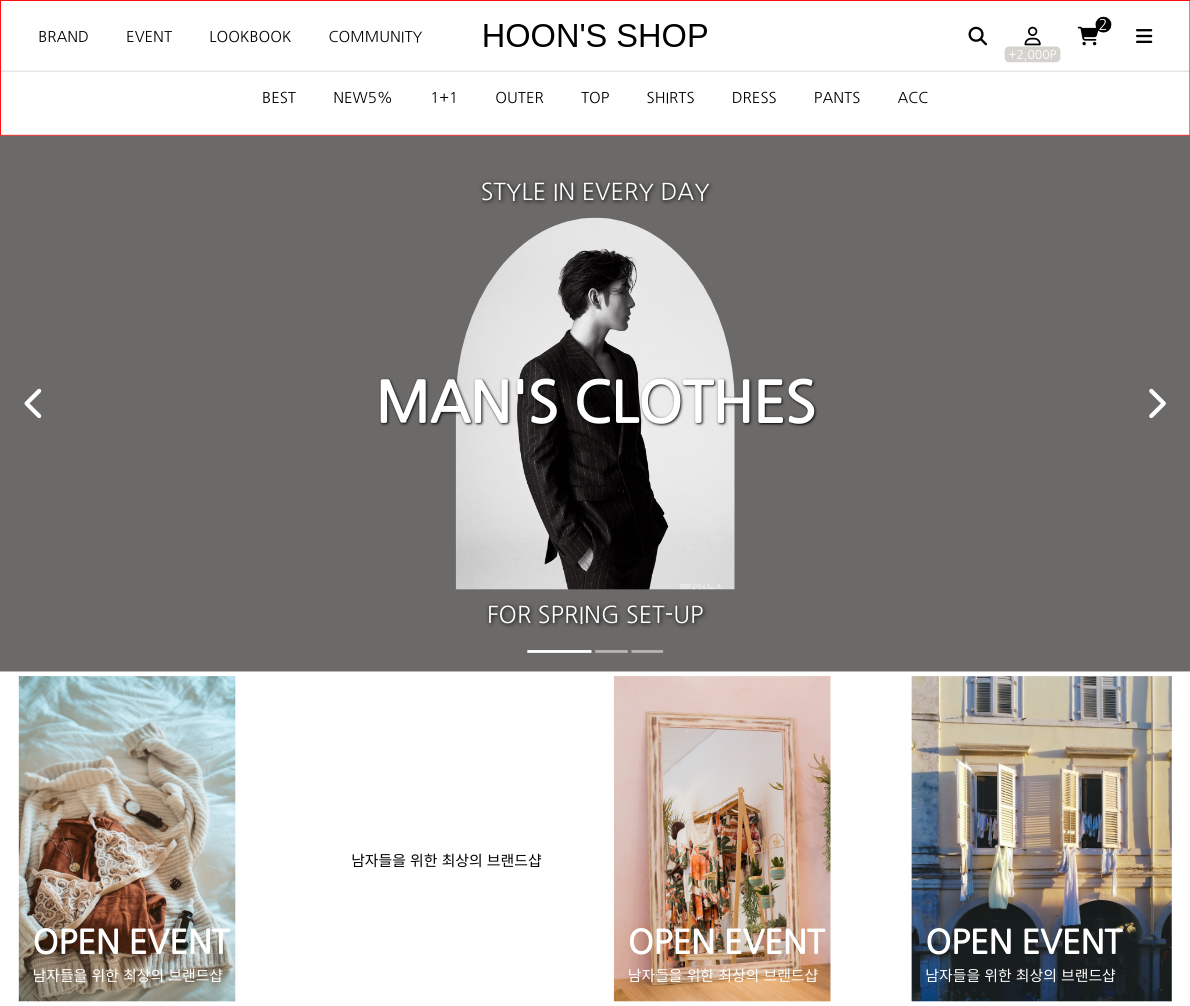
Repository: Iimchaehoon/cafeProject
Page: src/index.html
These files come from the project's save history. The page is drawn as it stood at one moment and after the next save; the edit follows.
The browser window is 1280 px wide. The pictures show the whole page, at 93% of full size.
Some web fonts or font styles are not loaded; a fallback is used. Some web libraries are served in a nearby version.

Above is the page before, as saved 2024-07-23 23:42:13.

### src/index.html
<!DOCTYPE html>
<html lang="en">
  <head>
    <meta charset="UTF-8" />
    <meta name="viewport" content="width=device-width, initial-scale=1.0" />
    <link rel="shortcut icon" href="/assets/cafefav.png" type="image/x-icon" />
    <link rel="stylesheet" href="/src/css/style.css" />
    <title>cafe24_clone</title>
    <script
      src="https://kit.fontawesome.com/1e606f2a97.js"
      crossorigin="anonymous"
    ></script>
  </head>
  <body>
    <!--header-->
    <header class="header">
      <div class="header__top">
        <nav class="header__nav-box">
          <ul class="header__list-box">
            <li class="header__content">BRAND</li>
            <li class="header__content">EVENT</li>
            <li class="header__content">LOOKBOOK</li>
            <li class="header__content">COMMUNITY</li>
          </ul>
        </nav>
        <h1 class="header__title">HOON'S SHOP</h1>
        <ul class="header__menu">
          <li class="header__content">
            <i class="fa-solid fa-magnifying-glass fa-lg"></i>
          </li>
          <li class="header__content header__content--badge-price">
            <div class="header__price-badge"><span>+2,000P</span></div>
            <i class="fa-regular fa-user fa-lg"></i>
          </li>
          <li class="header__content header__content--badge-box">
            <div class="header__cart-badge"><span>2</span></div>
            <i class="fa-solid fa-cart-shopping fa-lg"></i>
          </li>
          <li class="header__content">
            <i class="fa-solid fa-bars fa-lg"></i>
          </li>
        </ul>
      </div>

      <div class="header__bottom">
        <ul class="header__category">
          <li class="header__content">BEST</li>
          <li class="header__content">NEW5%</li>
          <li class="header__content">1+1</li>
          <li class="header__content">OUTER</li>
          <li class="header__content">TOP</li>
          <li class="header__content">SHIRTS</li>
          <li class="header__content">DRESS</li>
          <li class="header__content">PANTS</li>
          <li class="header__content">ACC</li>
        </ul>
      </div>
    </header>
    <!-- main  -->
    <main class="main">
      <section class="main__slider">
        <h2 class="main__slider-title">MAN'S CLOTHES</h2>
        <span class="main__slider-btn"
          ><i class="fa-solid fa-chevron-left fa-xl"></i
        ></span>

        <div class="main__slider-container">
          <span class="main__slider-text">STYLE IN EVERY DAY</span>
          <div class="main__slider-image-container">
            <img
              class="main__slider-image"
              src="/assets/main-slider.jpg"
              alt="main-slider_img"
            />
          </div>
          <span class="main__slider-text">FOR SPRING SET-UP</span>
        </div>

        <span class="main__slider-btn"
          ><i class="fa-solid fa-chevron-right fa-xl"></i
        ></span>
        <div class="main__progress-bar">
          <div
            class="main__progress-bar-item main__progress-bar-item--visible"
          ></div>
          <div
            class="main__progress-bar-item main__progress-bar-item--invisible"
          ></div>
          <div
            class="main__progress-bar-item main__progress-bar-item--invisible"
          ></div>
        </div>
      </section>
    </main>
    <!-- section -->
    <section class="main__introduction">
      <div class="main__intro-container-img">
        <img class="main__intro-image" src="/assets/intro-01.jpg" alt="" />
        <div class="main__intro-text-container">
          <h2 class="main__intro-title">OPEN EVENT</h2>
          <span class="main__intro-description"
            >남자들을 위한 최상의 브랜드샵</span
          >
        </div>
      </div>
      <div class="main__intro-container">
        <h2 class="main__intro-title main__intro-title-black">OPEN EVENT</h2>
        <span class="main__intro-description main__intro-description--blcak"
          >남자들을 위한 최상의 브랜드샵</span
        >
      </div>
      <div class="main__intro-container-img">
        <img class="main__intro-image" src="/assets/intro-02.jpg" alt="" />

        <div class="main__intro-text-container">
          <h2 class="main__intro-title">OPEN EVENT</h2>
          <span class="main__intro-description"
            >남자들을 위한 최상의 브랜드샵</span
          >
        </div>
      </div>
      <div class="main__intro-container-img">
        <img class="main__intro-image" src="/assets/intro-03.jpg" alt="" />

        <div class="main__intro-text-container">
          <h2 class="main__intro-title">OPEN EVENT</h2>
          <span class="main__intro-description"
            >남자들을 위한 최상의 브랜드샵</span
          >
        </div>
      </div>
    </section>
  </body>
</html>

### src/css/style.css
@import "reset.css";
@import "components/header.css";
@import url("https://fonts.googleapis.com/css2?family=Cute+Font&family=Jua&display=swap");
@import url("https://fonts.googleapis.com/css2?family=Nanum+Gothic&family=Noto+Sans+KR:wght@100..900&display=swap");
@import url("./slider.css");
@import "intro.css";
body {
  font-family: "Nanum Gothic", sans-serif;
  margin: 0;
  padding: 0;
  box-sizing: border-box;
}
ul {
  margin: 0;
}

### src/css/components/header.css
.header {
  height: 20vh;
  border: 1px solid red;
}
.header__top {
  display: flex;
  justify-content: space-between;
  padding: 20px;
  border-bottom: 1px solid rgba(0, 0, 0, 0.2);
}
.header__nav-box {
  width: 33%;
}
.header__title {
  width: 33%;
  font-family: "Jua", sans-serif;

  font-size: 35px;
  font-weight: 500;
  text-align: center;
}

.header__list-box {
  display: flex;

  height: 100%;
  align-items: center;
}
.header__menu {
  display: flex;
  align-items: center;
  justify-content: flex-end;

  width: 33%;
}
.header__content {
  margin: 0 20px;
}
/* 아래헤더 */
.header__category {
  display: flex;
  justify-content: center;
  padding: 20px 0;
}
.header__cart-badge {
  background-color: black;
  display: flex;
  justify-content: center;
  align-items: center;
  border-radius: 100%;
  width: 13px;
  height: 13px;
  padding: 2px;
  position: absolute;
  top: -13px;
  right: -13px;
}
.header__content--badge-box {
  position: relative;
}
.header__cart-badge span {
  color: white;
}
.header__content--badge-price {
  position: relative;
}
.header__price-badge {
  background-color: #d5d3cd;
  color: white;
  display: flex;
  justify-content: center;
  align-items: center;
  font-size: 13px;
  border-radius: 5px;
  padding: 2px 4px;
  position: absolute;
  left: 50%;
  transform: translateX(-50%);
  bottom: -20px;
}

### src/css/slider.css
.main__slider {
  display: flex;
  justify-content: space-between;
  align-items: center;
  padding: 30px;
  background-color: #6b6a68;
  position: relative;
  height: 80vh;
  box-sizing: border-box;
}

.main__slider-btn {
  transform: scale(1.5);
  color: white;
}

.main__slider-text {
  color: white;
  font-size: 25px;
  text-shadow: 1px 1px 5px black;
}

.main__slider-container {
  display: flex;
  flex-direction: column;
  align-items: center;
}
.main__slider-image-container {
  width: 300px;
  height: 400px;

  border-top-left-radius: 50%;
  border-top-right-radius: 50%;

  overflow: hidden;
  margin: 15px 0;
}
.main__slider-image {
  width: 100%;
  height: 100%;
  object-fit: cover;
}
.main__slider-title {
  color: white;
  font-weight: 600;
  font-size: 60px;
  text-shadow: 1px 1px 3px black;
  position: absolute;
  top: 50%;
  left: 50%;
  transform: translate(-50%, -50%);
}
.main__progress-bar {
  width: 150px;
  height: 3px;

  position: absolute;
  bottom: 20px;
  left: 50%;
  transform: translateX(-50%);
  display: flex;
}
.main__progress-bar-item {
  height: 100%;
  background-color: white;
  margin: 0 2px;
}
.main__progress-bar-item--visible {
  width: 50%;
}
.main__progress-bar-item--invisible {
  width: 25%;
  opacity: 0.5;
}

### src/css/intro.css
.main__introduction {
  display: flex;
  justify-content: center;
  align-items: center;
  height: 50vh;
}
.main__intro-container-img,
.main__intro-container {
  width: 350px;
  height: 350px;
  overflow: hidden;
  margin: 0 20px;
}
.main__intro-container {
  display: flex;
  flex-direction: column;
  justify-content: center;
  align-items: center;
}
.main__intro-image {
  widht: 100%;
  height: 100%;
  object-fit: cover;
}

.main__intro-container-img {
  position: relative;
}
.main__intro-text-container {
  position: absolute;
  bottom: 20px;
  left: 15px;
}
.main__intro-title {
  color: white;
  font-size: 35px;
  font-weight: 600;
  margin-bottom: 10px;
}
.main__intro-description {
  color: white;
}
.main__intro-title--black {
  color: black;
}
.main__intro-description--blcak {
  color: black;
}

Loaded but not shown: src/css/reset.css (common file)

After the next save:
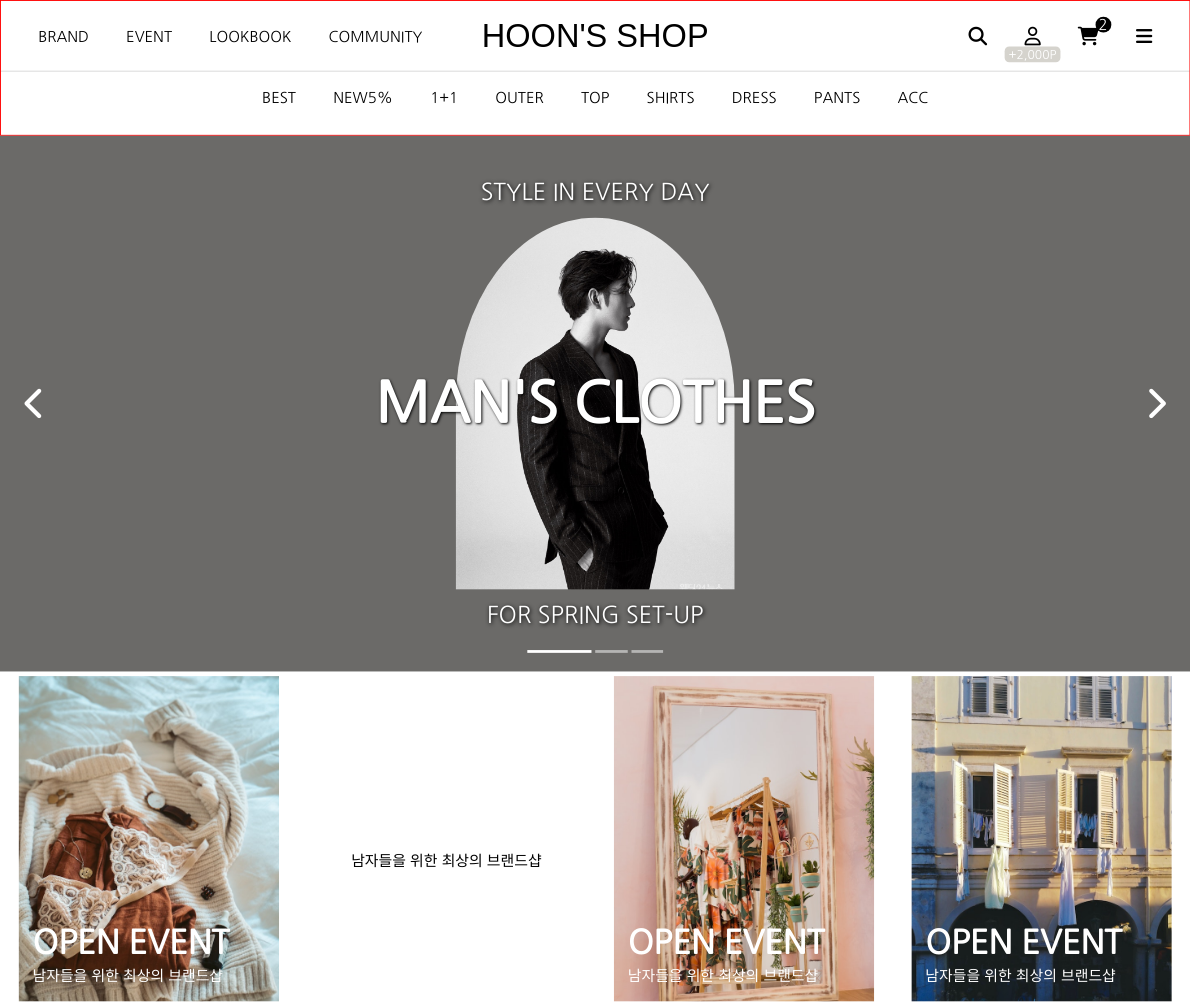
Saved 56 s later.
--- a/src/css/intro.css
+++ b/src/css/intro.css
@@ -18,7 +18,7 @@
   align-items: center;
 }
 .main__intro-image {
-  widht: 100%;
+  width: 100%;
   height: 100%;
   object-fit: cover;
 }
